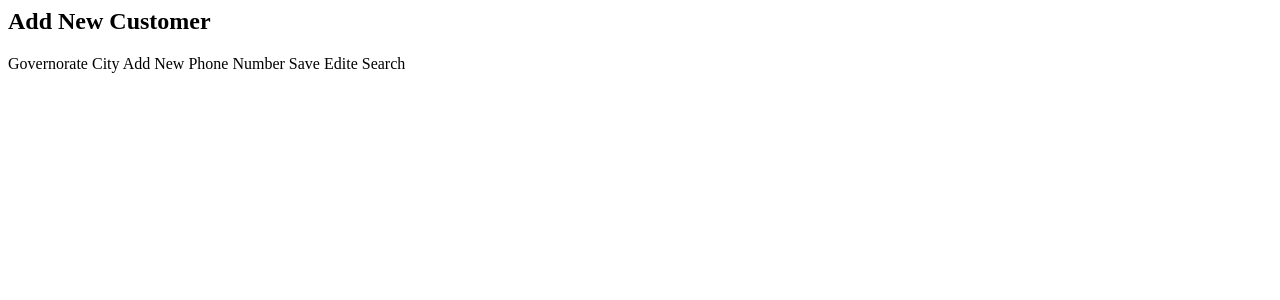
Repository: MagdyIYounis/Project-EDelivery
Page: ForntEnd/src/js/views/customers.html
The author's editor kept a copy of each file at every save. The page is drawn from the files as they stood at one save, then again after the next save.
The browser window is 1280 px wide. The pictures show the whole page.

Above is the page before, as saved 2020-07-02 12:00:42.

### ForntEnd/src/js/views/customers.html
<!--
 Copyright (c) 2014, 2020, Oracle and/or its affiliates.
 The Universal Permissive License (UPL), Version 1.0
 -->
<div class="oj-hybrid-padding">
  <div id="overlayMessages">
    <oj-messages
      messages="{{messagesDataprovider}}"
      position="{}"
      display="general"
    >
    </oj-messages>
  </div>
  <h2>Add New Customer</h2>
  <oj-form-layout max-columns="4" direction="row">
    <oj-input-text
      label-hint="Code Customer"
      disabled="true"
      value="0000"
    ></oj-input-text>
    <oj-input-text
      id="NameCustomer"
      required="true"
      label-hint="Name Customer"
      autocomplete="off"
      validators="[[valid_Name]]"
      value="{{NameCustomer}}"
    ></oj-input-text>
    <oj-label for="Governorate">Governorate</oj-label>
    <oj-combobox-one
      id="Governorate"
      value="{{val_Country}}"
      required="true"
      on-value-changed="[[valueChangeCountry]]"
      options="{{Country_Op}}"
      style="max-width: 18.1em;"
    >
    </oj-combobox-one>
    <oj-label for="City">City</oj-label>
    <oj-combobox-one
      id="City"
      value="{{val_City}}"
      required="true"
      options="{{City_Op}}"
      style="max-width: 18.1em;"
    >
    </oj-combobox-one>

    <oj-input-number
      id="District_Number"
      aria-label="District_Number"
      label-hint="District Number"
      min="1"
      value="{{District_Number}}"
    ></oj-input-number>

    <oj-input-number
      id="Neighboring_Number"
      aria-label="Neighboring_Number"
      label-hint="Neighboring Number"
      min="1"
      value="{{Neighboring_Number}}"
    ></oj-input-number>

    <oj-input-number
      id="Block_Number"
      aria-label="Block_Number"
      label-hint="Block Number"
      min="1"
      value="{{Block_Number}}"
    ></oj-input-number>

    <oj-input-number
      id="Floor_Number"
      aria-label="Floor_Number"
      label-hint="Floor Number"
      min="1"
      value="{{Floor_Number}}"
    ></oj-input-number>

    <oj-input-number
      id="Flat_Number"
      aria-label="Flat_Number"
      label-hint="Flat Number"
      min="0"
      value="{{Flat_Number}}"
    ></oj-input-number>
    <oj-text-area
      id="info"
      label-hint="Info"
      rows="2"
      autocomplete="off"
      value="{{info}}"
    >
    </oj-text-area>
    <oj-label for="Phone">Add New Phone Number</oj-label>

    <oj-combobox-many
      id="Phone"
      on-value-changed="[[valueChangeHandler]]"
      value="{{Phone}}"
      messages-custom="{{error_Phone}}"
      style="max-width: 20em;"
      required="true"
    >
    </oj-combobox-many>

    <oj-button
      id="Save"
      chroming="callToAction"
      on-oj-action="[[Save]]"
      class="but-Style oj-button-primary"
    >
      Save
    </oj-button>
    <oj-button
      id="Edite"
      chroming="callToAction"
      on-oj-action="[[Save]]"
      class="but-Style oj-button-primary"
    >
      Edite
    </oj-button>
    <oj-button
      id="Search"
      chroming="callToAction"
      on-oj-action="[[Save]]"
      class="but-Style oj-button-primary"
    >
      Search
    </oj-button>
  </oj-form-layout>
  <oj-table
    id="table"
    aria-label="Customer Table"
    data="[[dataprovider]]"
    columns-default='{"sortable": "enabled"}'
    dnd='{"reorder": {"columns": "enabled"}}'
    scroll-policy="loadMoreOnScroll"
    scroll-policy-options='{"fetchSize": 10}'
    columns='[{"headerText": "Customer Id",
              "field": "Cust_ID",
              "headerClassName": "oj-sm-only-hide",
              "className": "oj-sm-only-hide",
              "resizable": "enabled"},
            {"headerText": "Customer Name",
              "field": "Cust_Name",
              "resizable": "enabled"},
            {"headerText": "Details",
              "field": "Details",
              "headerClassName": "oj-sm-only-hide",
              "className": "oj-sm-only-hide",
              "resizable": "enabled"},
            {"headerText": "Info",
              "field": "Info",
              "resizable": "enabled"},
              {"headerText": "Point",
              "field": "Point",
              "resizable": "enabled"},
              {"headerText": "Date",
                "field": "Date",
                "resizable": "enabled"}]'
    style="width: 100%; height: 400px;"
  >
  </oj-table>
</div>

After the next save:
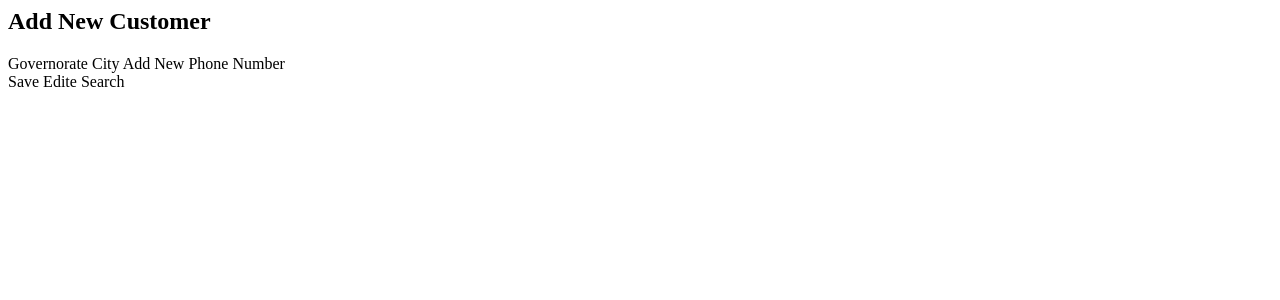
Saved 2 min 20 s later.
--- a/ForntEnd/src/js/views/customers.html
+++ b/ForntEnd/src/js/views/customers.html
@@ -105,30 +105,32 @@
     >
     </oj-combobox-many>
 
-    <oj-button
-      id="Save"
-      chroming="callToAction"
-      on-oj-action="[[Save]]"
-      class="but-Style oj-button-primary"
-    >
-      Save
-    </oj-button>
-    <oj-button
-      id="Edite"
-      chroming="callToAction"
-      on-oj-action="[[Save]]"
-      class="but-Style oj-button-primary"
-    >
-      Edite
-    </oj-button>
-    <oj-button
-      id="Search"
-      chroming="callToAction"
-      on-oj-action="[[Save]]"
-      class="but-Style oj-button-primary"
-    >
-      Search
-    </oj-button>
+    <div>
+      <oj-button
+        id="Save"
+        chroming="callToAction"
+        on-oj-action="[[Save]]"
+        class="but-Style oj-button-primary"
+      >
+        Save
+      </oj-button>
+      <oj-button
+        id="Edite"
+        chroming="callToAction"
+        on-oj-action="[[Save]]"
+        class="but-Style oj-button-primary"
+      >
+        Edite
+      </oj-button>
+      <oj-button
+        id="Search"
+        chroming="callToAction"
+        on-oj-action="[[Save]]"
+        class="but-Style oj-button-primary"
+      >
+        Search
+      </oj-button>
+    </div>
   </oj-form-layout>
   <oj-table
     id="table"
